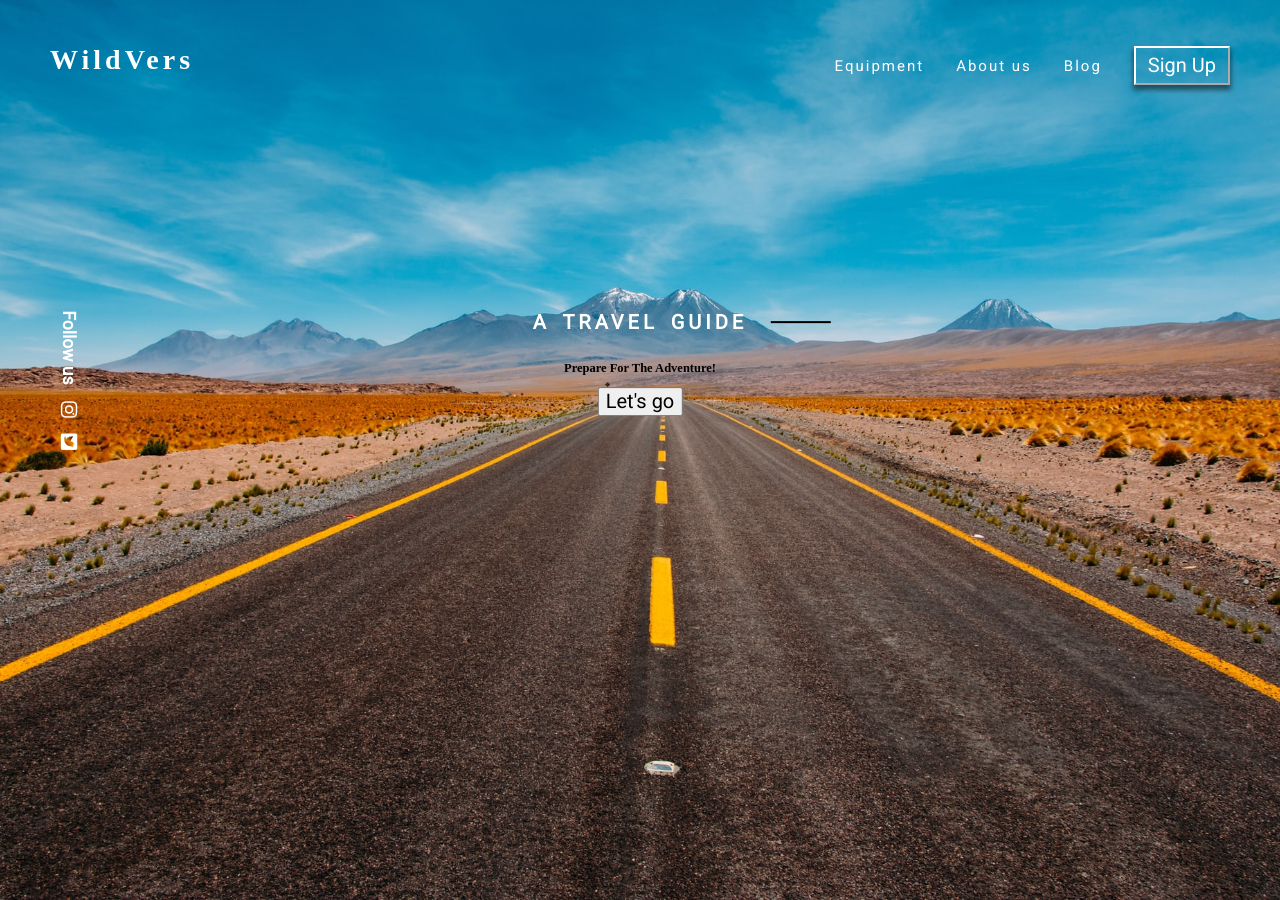
Repository: Hunga9k50doker/wildver-travel
Page: src/index.html
The author's editor kept a copy of each file at every save. The page is drawn from the files as they stood at one save, then again after the next save.
The browser window is 1280 px wide. The pictures show the whole page.
Some web fonts or font styles are not loaded; a fallback is used. The style sheet was rebuilt from its Sass, Less or Tailwind sources for each picture, by a compiler version that may differ from the author's.

Above is the page before, as saved 2021-08-26 00:22:08.

After the next save:
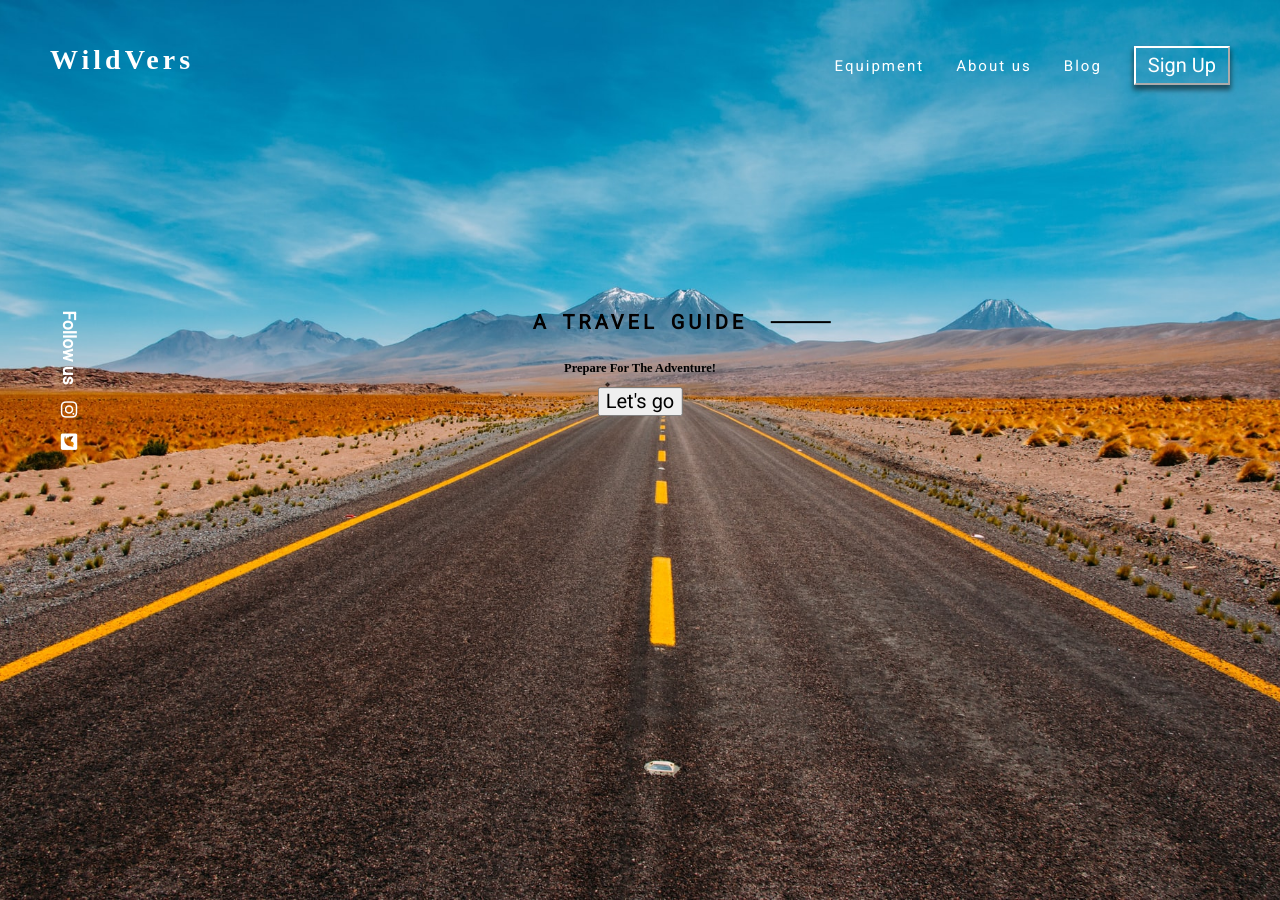
Saved 25 s later.
--- a/src/resources/scss/header.scss
+++ b/src/resources/scss/header.scss
@@ -110,7 +110,7 @@
             &-title{
                 position: relative;
                 font-size: 2rem;
-                color: $white-color;
+                color: $black-color;
                 word-spacing: 4px;
                 letter-spacing: 4px;
                 text-transform: uppercase;
